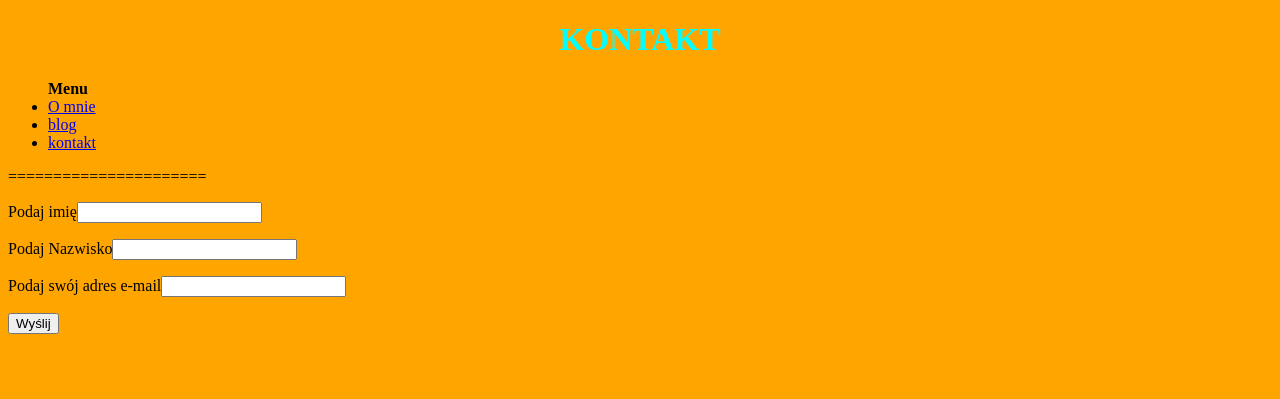
Repository: TomaszPrysak/spring_programy
Page: http://localhost/kontakt
The author's editor kept a copy of each file at every save. The page is drawn from the files as they stood at one save, then again after the next save.
The browser window is 1280 px wide. The pictures show the whole page.
The page is this project's Thymeleaf template; nobody is signed in. The template is opened directly, without the code that normally fills it, so the values that code supplies are empty.

Above is the page before, as saved 2017-08-28 14:14:59.

After the next save:
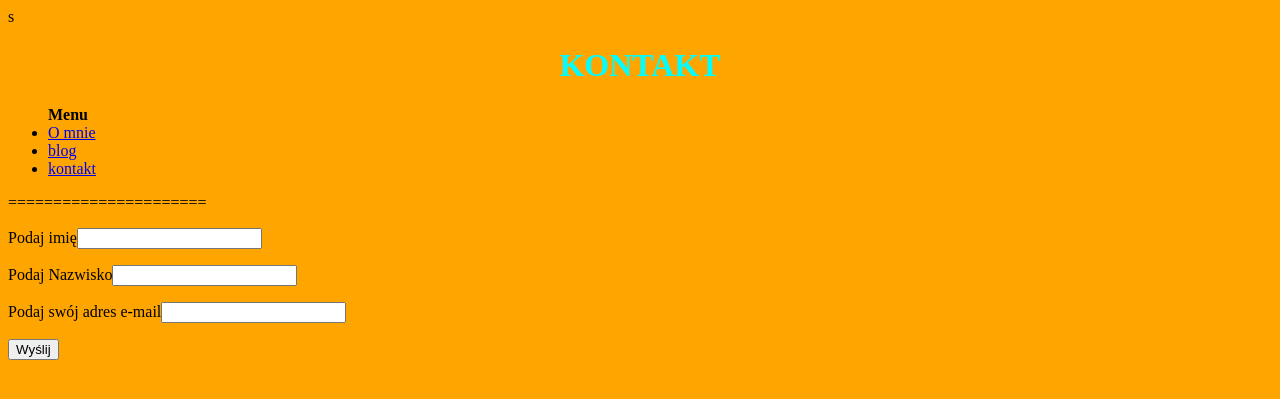
Saved 75 s later.
--- a/Spring_Cwiczenie_S1_Jar/src/main/resources/templates/kontakt.html
+++ b/Spring_Cwiczenie_S1_Jar/src/main/resources/templates/kontakt.html
@@ -9,7 +9,7 @@
 
 
 
-	<body>
+	<body>s
 		<h1>KONTAKT</h1>
 
 		<ul><b>Menu</b>
